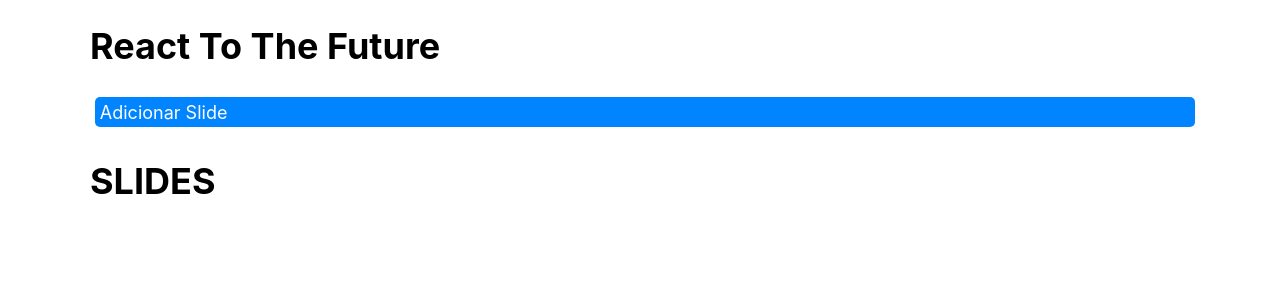
Repository: gotomarcelo/MERN
Page: / (app in cliente/)
The author's editor kept a copy of each file at every save. The page is drawn from the files as they stood at one save, then again after the next save.
The browser window is 1280 px wide. The pictures show the whole page.
The page's requests for data from a server got no answer. The project was rebuilt for these pictures with package versions that can differ from the ones it lists, and the page was loaded fresh each time. No one was signed in, and anything a server would have sent is missing.

Above is the page before, as saved 2022-01-03 11:10:35.

After the next save:
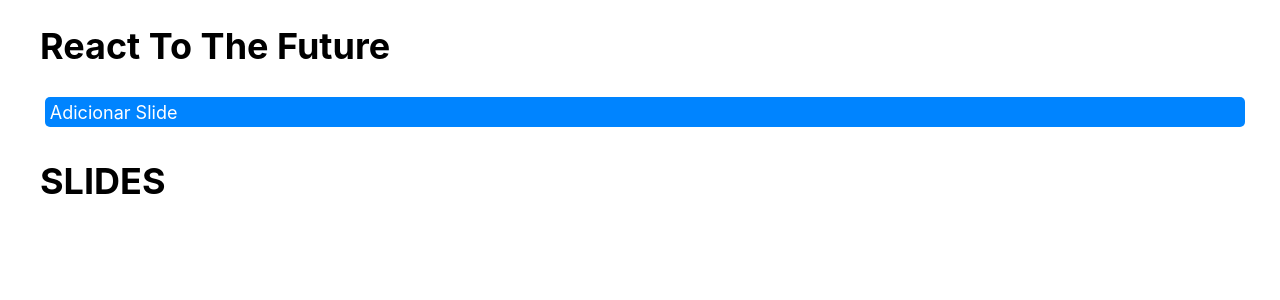
Saved 7 s later.
--- a/cliente/src/App.css
+++ b/cliente/src/App.css
@@ -15,7 +15,7 @@ input, button {
 }
 
 body {
-  max-width: 1100px;
+  max-width: 1200px;
   font-family: gotham, arial, helvetica, sans-serif;
   font-size: 18px;
   padding: 0;
